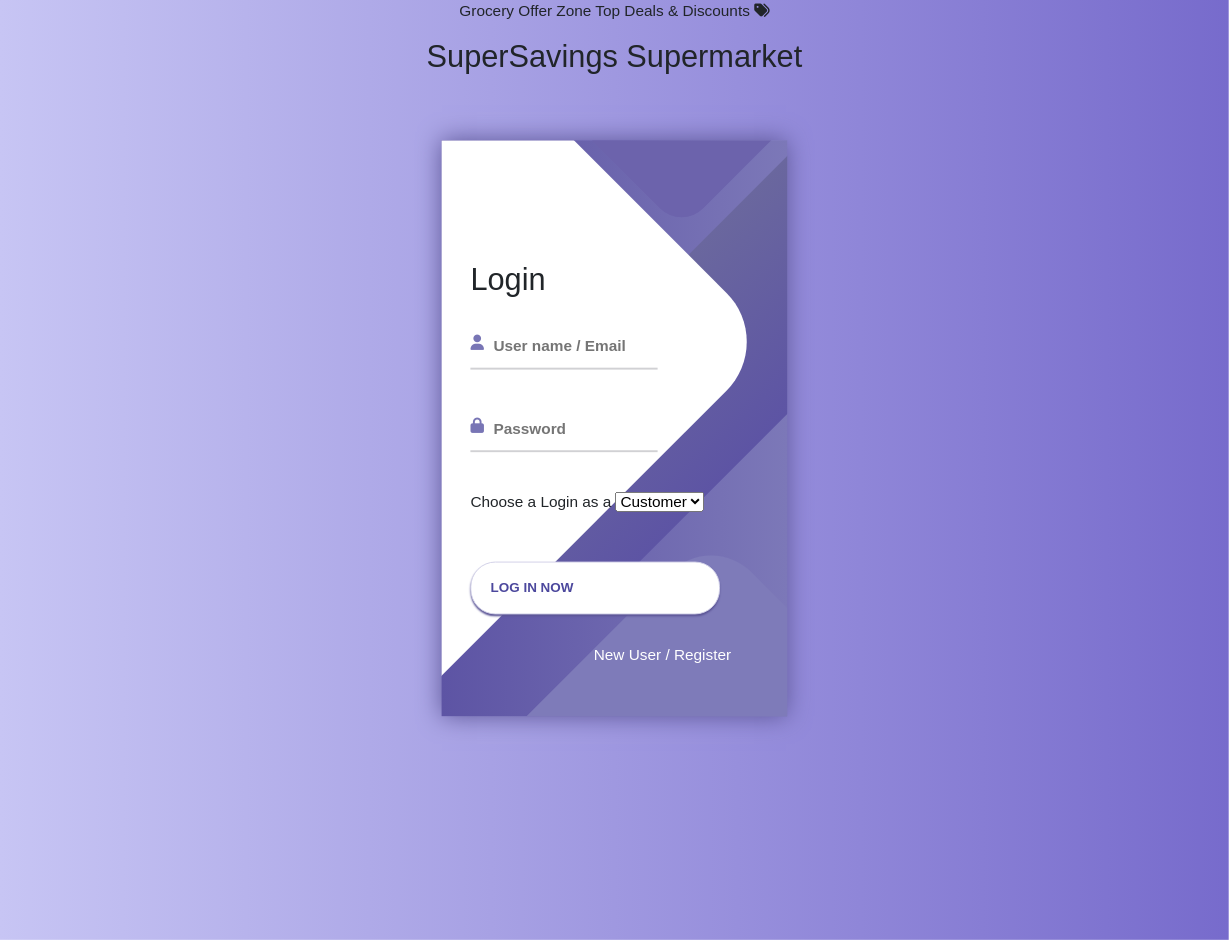
Repository: Raviraj39/SuperSaving-Online-Supermarket-Website
Page: http://localhost/Super_market/Login.jsp
The author's editor kept a copy of each file at every save. The page is drawn from the files as they stood at one save, then again after the next save.
The browser window is 1280 px wide. The pictures show the whole page, at 96% of full size.
Some web fonts or font styles are not loaded; a fallback is used. The page is served by Tomcat 9.

Above is the page before, as saved 2023-12-26 11:53:49.

After the next save:
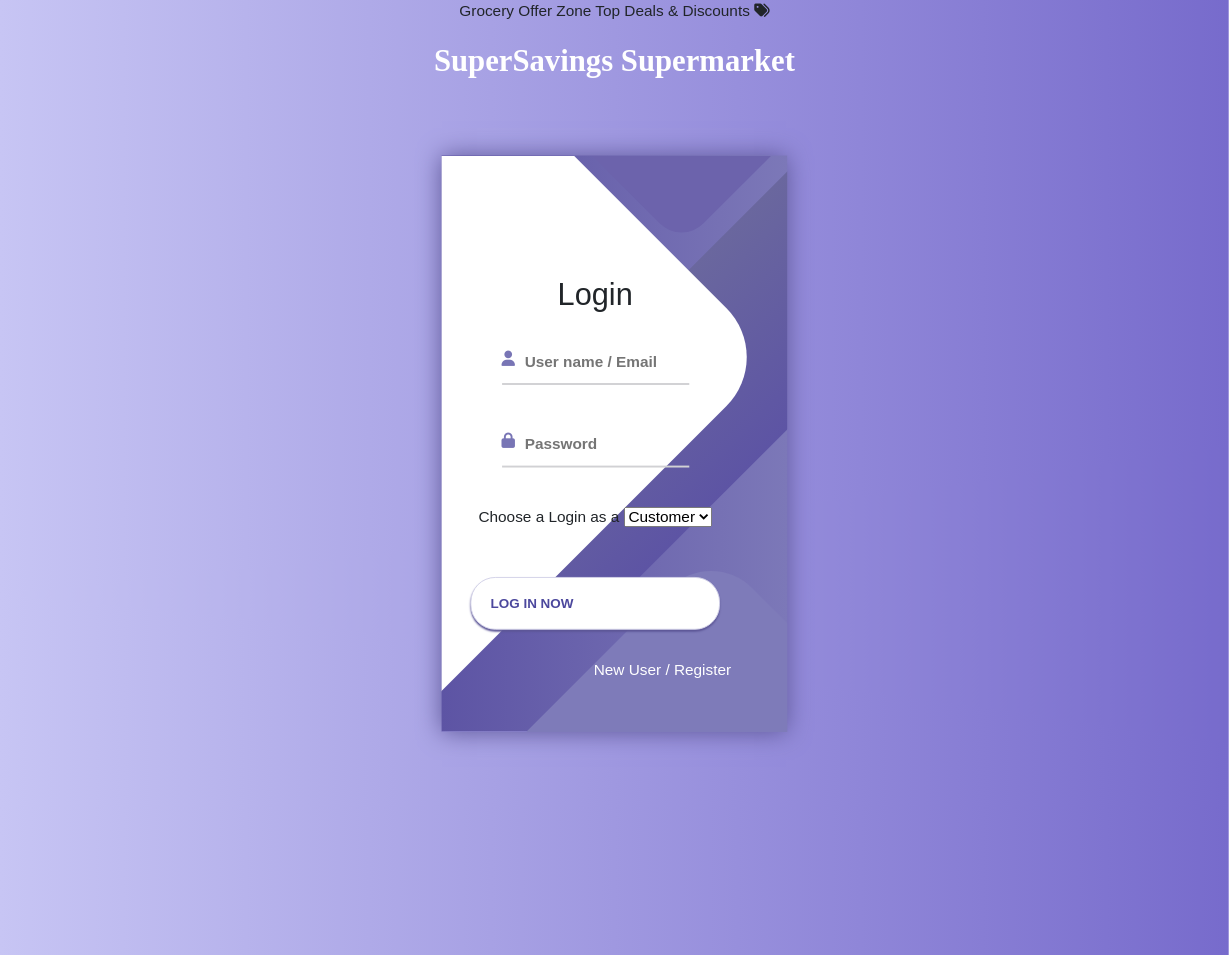
Saved 48 s later.
--- a/Super_market/src/main/webapp/css/login.css
+++ b/Super_market/src/main/webapp/css/login.css
@@ -11,6 +11,25 @@ body {
 	background: linear-gradient(90deg, #C7C5F4, #776BCC);
 }
 
+
+
+
+.container {
+	display: flex;
+	justify-content:center;
+	flex-direction: row;
+	margin:20px auto;
+	text-align: center;
+	width: 100%;
+	min-height: 100vh;
+}
+.fonts{
+	font-size: 2em;
+	font-weight: 700;
+	color: #fff;
+	font-family: fonts;
+	margin-top: 20px;
+}
 .container {
 	display: flex;
 	align-items: center;
